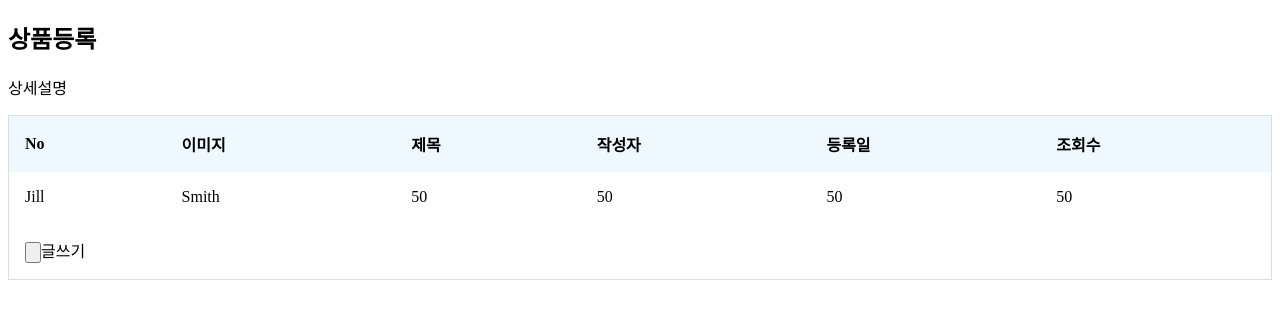
Repository: darae729/Project_shop
Page: http://localhost/SpringApp/WEB-INF/views/gallery/list.jsp
An editor plug-in stored every save of this project. The page is shown before and after the next save, followed by the edit.
The browser window is 1280 px wide. The pictures show the whole page.
The page is served by Tomcat 9. Nobody is signed in. The template is opened directly, without the code that normally fills it, so the values that code supplies are empty.

Above is the page before, as saved 2023-09-06 05:14:54.

After the next save:
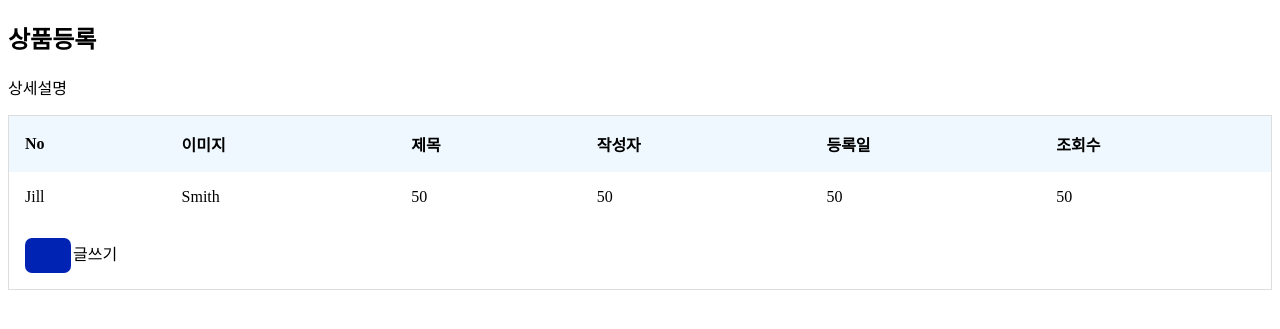
Saved 26 s later.
--- a/SpringApp/src/main/webapp/WEB-INF/views/gallery/list.jsp
+++ b/SpringApp/src/main/webapp/WEB-INF/views/gallery/list.jsp
@@ -22,6 +22,21 @@ tr:nth-child(even) {
 
 tr[id=first]{
 	background-color: #f0f8ff;
+}
+
+
+input[type=button] {
+  background-color: #0123b4;
+  color: white;
+  padding: 10px 23px;
+  border: none;
+  border-radius: 7px;
+  margin-right : 2px;
+  cursor: pointer;
+}
+
+input[type=button]:hover {
+  background-color: #1876fb;
 }
 
 </style>
